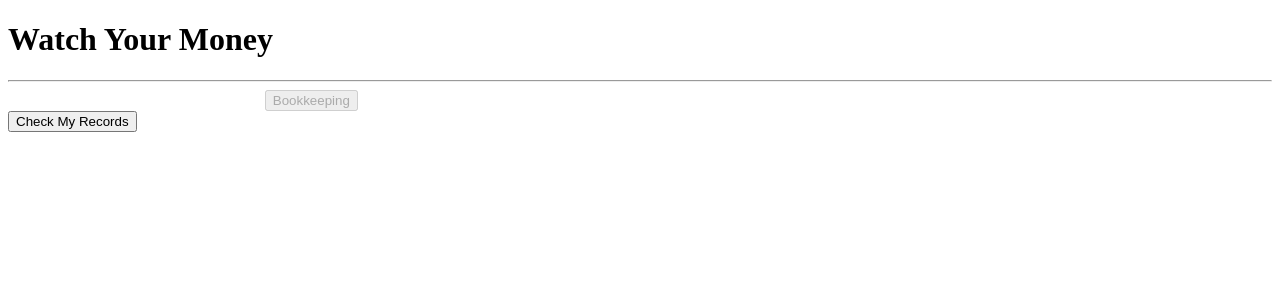
Repository: chelsea9869/Hackathon-TNT
Page: http://localhost/app/watch_your_money.php
These files come from the project's save history. The page is drawn as it stood at one moment and after a run of saves; the edit follows.
The browser window is 1280 px wide. The pictures show the whole page.
The page is run by PHP 8.4 with error messages shown; the project is at /var/www/html/.

Above is the page before, as saved 2020-09-05 10:53:27.

### app/watch_your_money.php
<!DOCTYPE html>
<html lang="en">
<head>
    <meta charset="UTF-8">
    <meta name="viewport" content="width=device-width, initial-scale=1.0">
    <title>Watch Your Money</title>
</head>
<body>
    <h1>Watch Your Money</h1>
    <hr>
    <div name='function'>
        <div id='dummy' style="width:20%;display: inline-table"></div>
        <div id='bookkeeping' style="width:40%;display: inline-table">
            <button disabled="disabled">Bookkeeping</button>
        </div>
        <div id='check_records' style="width:40%;display: inline-table">
            <button>Check My Records</button>
        </div>
    </div>
</body>
</html>

After the next 2 saves:
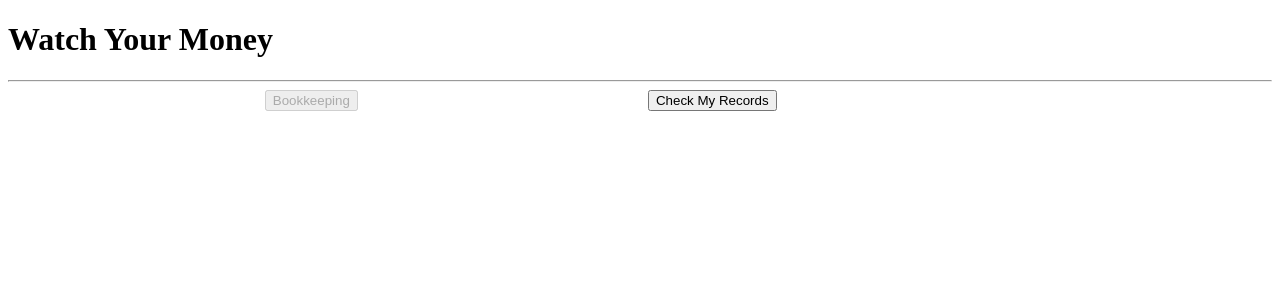
The 2 saves are shown as one change because they came seconds apart.
The last was saved 8 s later.
--- a/app/watch_your_money.php
+++ b/app/watch_your_money.php
@@ -10,10 +10,10 @@
     <hr>
     <div name='function'>
         <div id='dummy' style="width:20%;display: inline-table"></div>
-        <div id='bookkeeping' style="width:40%;display: inline-table">
+        <div id='bookkeeping' style="width:30%;display: inline-table">
             <button disabled="disabled">Bookkeeping</button>
         </div>
-        <div id='check_records' style="width:40%;display: inline-table">
+        <div id='check_records' style="width:30%;display: inline-table">
             <button>Check My Records</button>
         </div>
     </div>
